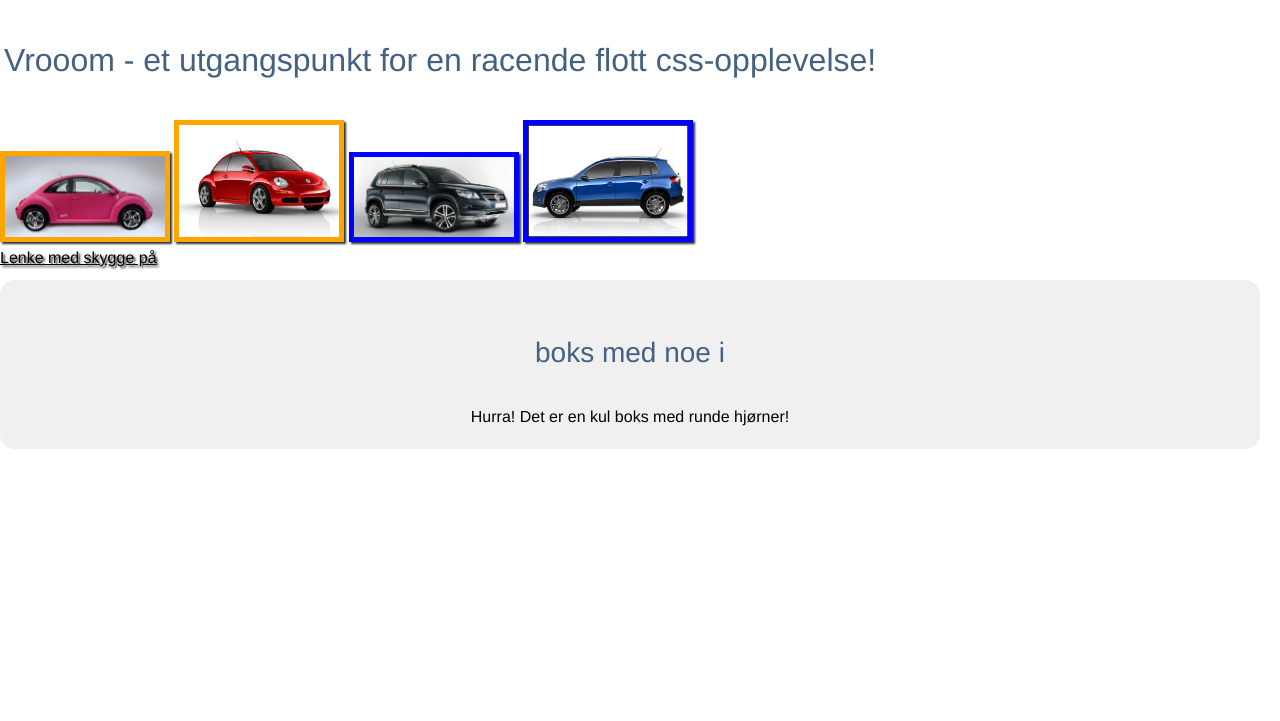
Repository: mesan/css-kurs
Page: kode/wroom/index.html
The author's editor kept a copy of each file at every save. The page is drawn from the files as they stood at one save, then again after the next save.
The browser window is 1280 px wide. The pictures show the whole page.

Above is the page before, as saved 2013-01-21 21:34:16.

### kode/wroom/index.html
<!DOCTYPE html>
<html lang="en">
	<head>
		<meta charset="utf-8" />
		<link rel="stylesheet" type="text/css" href="styles/reset.css"/>
		<link rel="stylesheet" type="text/css" href="styles/examples.css"/>

		<!-- Always force latest IE rendering engine (even in intranet) & Chrome Frame
		Remove this if you use the .htaccess -->
		<meta http-equiv="X-UA-Compatible" content="IE=edge,chrome=1" />

		<title>Vrooom!</title>
		<meta name="description" content="" />
		<meta name="viewport" content="width=device-width; initial-scale=1.0" />

	</head>

	<body>
		<div>
			<header>
				<h1>Vrooom - et utgangspunkt for en racende flott css-opplevelse!</h1>
			</header>

			<div>
				<!--fjernes-->
				<img src="images/volkswagen-beetle-pink.jpg" />
				<img src="images/volkswagen-beetle-red.jpg" />
				<img src="images/volkswagen-tiguan-nero.jpg" />
				<img src="images/volkswagen-tiguan.jpg" />
				<br />
				<p>
				<a href="#">Lenke med skygge på</a>
				</p>
			</div>

			<div class="container">
				<h2>boks med noe i</h2>
				<p>Hurra! Det er en kul boks med runde hjørner!</p>
			</div>
			<footer>
				<p>

				</p>
			</footer>
		</div>
	</body>
</html>

### kode/wroom/styles/reset.css
@charset "utf-8";
/* --------------------------------------------------------------
-----------------------------------------------------------------

	DEFINITIONS: HTML5 DOCTOR
	AUTHOR:      HTML5 DOCTOR
	VERSION:     2012-02-20

/*  RESET
-----------------------------------------------------------------------------------------------
===============================================================================================*/
/* http://meyerweb.com/eric/tools/css/reset/ */
html,body,div,span,applet,object,iframe,h1,h2,h3,h4,h5,h6,p,blockquote,pre,a,abbr,acronym,address,big,cite,code,del,dfn,em,img,ins,kbd,q,s,samp,small,strike,strong,sub,sup,tt,var,b,u,i,center,dl,dt,dd,ol,ul,li,fieldset,form,label,legend,table,caption,tbody,tfoot,thead,tr,th,td,article,aside,canvas,details,figcaption,figure,footer,header,hgroup,menu,nav,section,summary,time,mark,audio,video{
  margin:0;
  padding:0;
  border:0;
  outline:0;
  font-size:100%;
  font:inherit;
  vertical-align:baseline;
}
/* HTML5 display-role reset for older browsers */
article,aside,details,figcaption,figure,footer,header,hgroup,menu,nav,section{
  display:block;
}
nav ul{
  list-style:none;
}
table{
  border-collapse:collapse;
  border-spacing:0;
}

### kode/wroom/styles/examples.css

html{
    margin-bottom: 1px;
    min-height: 100%;
}
body {
    background: #FFFFFF;
    color: #444;
    font-family: Helvetica, Arial, sans-serif;
    font-size: 62.5%;
    font-size: 16px;
}

/****************
 * Nesting and grouping
 ****************/

/* Grouping - flere selektorer, samme stil. Litt mindre kode */
h1, h2, h3{
    color: #446181;
    line-height: 2.500em;
    margin: 0.625em 0.125em;
}

h1{ font-size: 2.000em; }
h2{ font-size: 1.750em; }
h3{ font-size: 1.500em; }


p{
    font-size: 1em;
    line-height: 1.5;
}
.container{
    background: #F0F0F0;
    padding: 1.250em;
    margin-top: 0.625em;
    margin-right: 1.250em;
    text-align: center;
    border-radius: 0.938em;
    -moz-border-radius: 0.938em;
    -webkit-border-radius: 0.938em;
}

/* Nesting - spesifisering av stil - selector inni selector */
.container p{
    color:#000000;
}

/***************
 * CSS3-selectors
 ***************/

/*Velger alle img-elementer på siden hvis src-atributt starter med "images"*/
img[src^="images"]{
	border: 5px solid orange;
}

/*Velger alle img-elementer på siden hvis src-atributt inneholder "tiguan"*/
img[src*="tiguan"]{
    border: 5px solid blue;
}

/*Velger alle img-elementer på siden hvis src-atributt slutter på ".jpg" */
img[src$=".jpg"]{
    width: 10em;

    box-shadow: 2px 2px 2px #2F2F2F;
}

/*Velger alle a-elementer på siden hvis href-atributt inneholder  "#" */
/* text-shadow med verdiene i rekkefølgen:
 ** horisontal plassering (kan også være negativ eller 0)
 ** vertikal plassering (kan også være negativ eller 0)
 ** blur (valgfri)
 ** farge */
a[href*="#"]{
    color: black;
    text-shadow: 2px 2px 2px #2F2F2F;
}

After the next save:
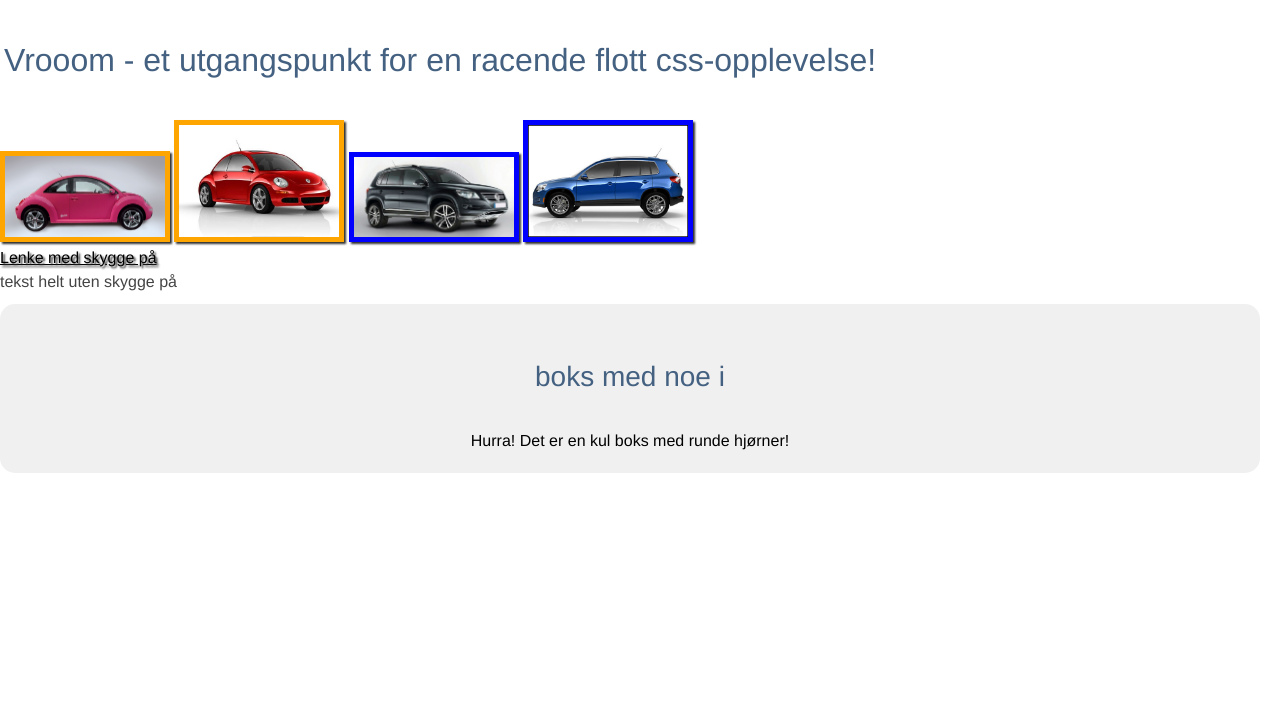
Saved 32 s later.
--- a/kode/wroom/index.html
+++ b/kode/wroom/index.html
@@ -29,13 +29,16 @@
 				<img src="images/volkswagen-tiguan.jpg" />
 				<br />
 				<p>
-				<a href="#">Lenke med skygge på</a>
+					<a href="#">Lenke med skygge på</a>
 				</p>
+				<p>tekst helt uten skygge på</p>
 			</div>
 
 			<div class="container">
 				<h2>boks med noe i</h2>
-				<p>Hurra! Det er en kul boks med runde hjørner!</p>
+				<p>
+					Hurra! Det er en kul boks med runde hjørner!
+				</p>
 			</div>
 			<footer>
 				<p>
